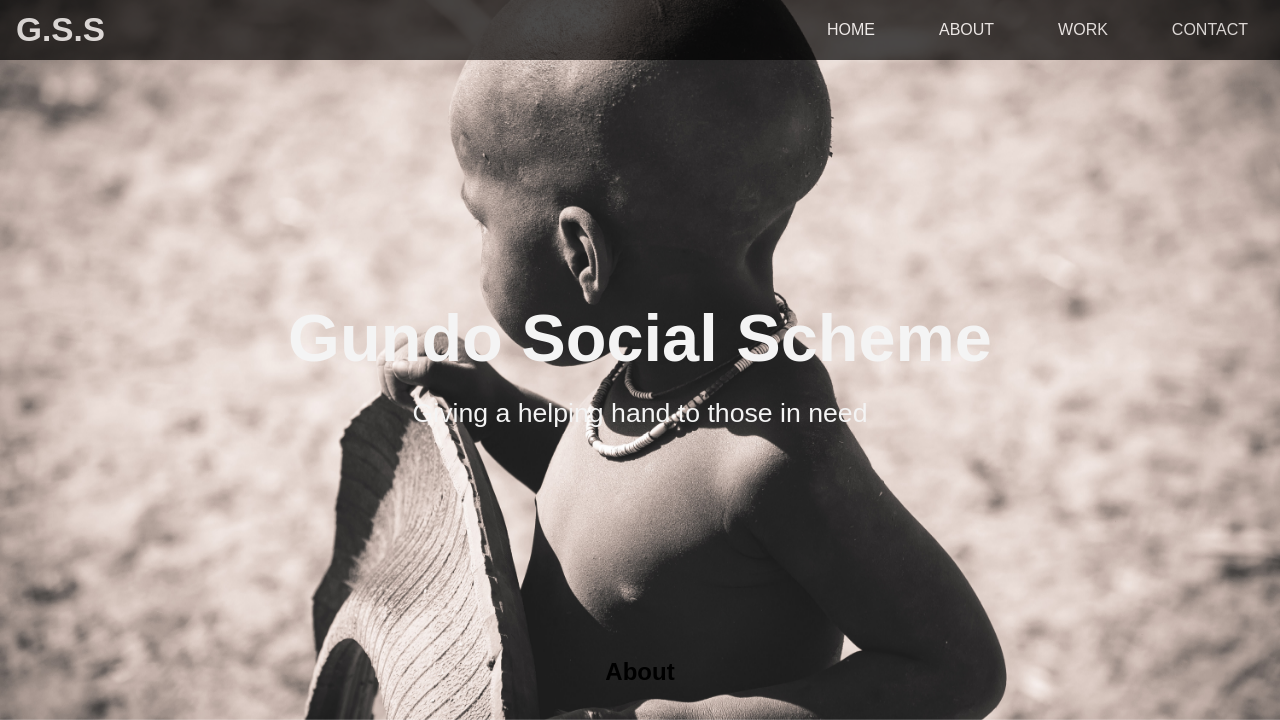
Repository: blessingNtoko/gss-basic_website
Page: index.html
These files come from the project's save history. The page is drawn as it stood at one moment and after the next save; the edit follows.
The browser window is 1280 px wide. The pictures show the whole page.
An inner scrolling area shows only its first screen.

Above is the page before, as saved 2020-05-13 18:15:18.

### index.html
<!DOCTYPE html>
<html lang="en">

<head>
    <meta charset="UTF-8">
    <meta name="viewport" content="width=device-width, initial-scale=1.0">
    <title>Gundo Social Scheme</title>
    <link rel="stylesheet" href="style.css">
</head>

<body>
    <div class="allContain">
        <nav class="navbar">
            <h1><a href="#home">G.S.S</a></h1>
            <ul>
                <li>
                    <a href="#home">Home</a>
                </li>
                <li>
                    <a href="#about">About</a>
                </li>
                <li>
                    <a href="#work">Work</a>
                </li>
                <li>
                    <a href="#contact">Contact</a>
                </li>
            </ul>
        </nav>

        <section id="home">
            <div class="contain">
                <h1>Gundo Social Scheme</h1>
                <p>Giving a helping hand to those in need</p>
            </div>

        </section>

        <section id="about">
            <div class="container">
                <h1>About</h1>
                <div class="row">
                    <div class="col">
                        <img src="assets/images/temp1.jpg" alt="About image">
                    </div>
                    <div class="col">
                        <p>
                            Lorem ipsum dolor sit amet consectetur adipisicing elit. Dolore quia, nisi provident aperiam excepturi quas officiis, quam ipsa molestiae nostrum magni. Sed at maiores placeat rerum deserunt ea perspiciatis modi omnis inventore maxime sunt ratione quos
                            nihil quidem nam suscipit sint, mollitia et odit. Repellat tempore nemo mollitia, quasi dolorum optio vel voluptates hic sunt. Soluta ea voluptatibus provident quasi, consectetur incidunt quas quia. Tenetur tempora iure adipisci
                            voluptatum velit quia voluptatibus, soluta iste fugit sequi, repellendus placeat nostrum minus modi ipsum, corporis exercitationem doloribus voluptatem distinctio cumque mollitia debitis consequatur sit. Reprehenderit animi
                            natus, facilis voluptas fugiat excepturi illum.
                        </p>
                    </div>
                </div>
                <div class="row">
                    <div class="col">
                        <p>
                            Lorem ipsum dolor sit amet consectetur adipisicing elit. Consequatur eveniet, dignissimos est fugit harum provident nobis corrupti architecto ipsam culpa quibusdam quidem reprehenderit. Neque eum reprehenderit ut illo sed mollitia odit cupiditate vel
                            perspiciatis, provident ab non, earum error tenetur quia, at minus nemo adipisci quo? Velit atque aspernatur saepe quia quibusdam a ad laboriosam sit temporibus, sint neque rerum nemo nam assumenda ea omnis harum molestiae,
                            itaque rem? Animi incidunt assumenda aspernatur impedit corrupti saepe possimus aperiam neque dolor minus! Corporis odit nostrum sequi beatae enim voluptas, vitae reiciendis nulla fuga quod, tempore, non explicabo rerum praesentium
                            eligendi rem.
                        </p>
                    </div>
                    <div class="col">
                        <img src="assets/images/temp2.jpg" alt="About image">
                    </div>
                </div>
            </div>
        </section>

        <div class="fixedScroll fixedScroll1">
            <div class="fixedText">
                <span class="border trans">
                    Image Two text
                </span>
            </div>
        </div>

        <section id="work">
            <div class="container">
                <h1>Work</h1>
                <div class="row">
                    <div class="col">
                        <img src="assets/images/workImages/work1.jpeg" alt="">
                    </div>
                    <div class="col">
                        <img src="assets/images/workImages/work2.jpeg" alt="">

                    </div>
                    <div class="col">
                        <img src="assets/images/workImages/work3.jpeg" alt="">

                    </div>

                    <div class="col">
                        <img src="assets/images/workImages/work4.jpeg" alt="">

                    </div>
                    <div class="col">
                        <img src="assets/images/workImages/work5.jpeg" alt="">

                    </div>
                    <div class="col">
                        <img src="assets/images/workImages/work6.jpeg" alt="">

                    </div>
                    <div class="col">
                        <img src="assets/images/workImages/work7.jpeg" alt="">

                    </div>
                    <div class="col">
                        <img src="assets/images/workImages/work8.jpeg" alt="">

                    </div>
                    <div class="col">
                        <img src="assets/images/workImages/work9.jpeg" alt="">

                    </div>
                    <div class="col">
                        <img src="assets/images/workImages/work10.jpeg" alt="">

                    </div>
                </div>
            </div>
        </section>

        <div class="fixedScroll fixedScroll2">
            <div class="fixedText">
                <span class="border trans">
                    Image Two text
                </span>
            </div>
        </div>

        <section id="contact">
            <div class="container">
                <h1>Contact</h1>
                <div class="row">
                    <div class="col">
                        <img src="" alt="">
                    </div>
                    <div class="col">

                    </div>
                    <div class="col">

                    </div>
                </div>
            </div>
            <footer>

            </footer>
        </section>
    </div>

</body>

</html>

### style.css
* {
    margin: 0;
    padding: 0;
}

body {
    font-family: Arial, Helvetica, sans-serif;
    line-height: 1.6;
    height: 100vh;
    overflow: hidden;
}

.allContain {
    width: 100%;
    height: 100%;
    /* CSS smooth scroll properties */
    overflow-y: scroll;
    scroll-behavior: smooth;
    scroll-snap-type: y mandatory;
}

.navbar {
    position: fixed;
    top: 0;
    z-index: 1;
    display: flex;
    flex-direction: row;
    align-items: center;
    width: 100%;
    height: 60px;
    background: black;
    opacity: .7;
}

.navbar h1 {
    color: white;
    font-size: 25pt;
    margin-left: 1rem;
}

.navbar h1 a {
    text-decoration: none;
    text-transform: uppercase;
    color: #f4f4f4;
}

.navbar h1 a:hover {
    color: rgb(63, 63, 196);
}

.navbar ul {
    display: flex;
    list-style: none;
    width: 100%;
    /* text-align: right; */
    justify-content: flex-end;
}

.navbar ul li {
    margin: 0 1rem;
    padding: 1rem;
}

.navbar ul li a {
    text-decoration: none;
    text-transform: uppercase;
    color: #f4f4f4;
}

.navbar ul li a:hover {
    color: rgb(63, 63, 196);
}

section {
    display: flex;
    flex-direction: column;
    align-items: center;
    justify-content: center;
    text-align: center;
    width: 100%;
    height: 100vh;
    scroll-snap-align: center;
}

#home {
    background-image: url(assets/images/tempy4.jpg);
    background-position: center;
    background-repeat: no-repeat;
    background-size: cover;
    background-attachment: fixed;
    color: #f4f4f4;
}

#home h1 {
    font-size: 50pt;
}

#home p {
    font-size: 20pt;
}

#about {
    margin-top: 3rem;
}

#about img {
    text-align: center;
    width: 35rem;
    height: 25rem;
}

.fixedScroll {
    position: relative;
    opacity: 0.7;
    background-position: center;
    background-size: cover;
    background-repeat: no-repeat;
    background-attachment: fixed;
}

.fixedScroll1 {
    background-image: url(assets/images/tempy5.jpg);
    min-height: 400px;
}

.fixedScroll2 {
    background-image: url(assets/images/tempy6.jpg);
    min-height: 400px;
}

#about .row {
    display: flex;
    flex-direction: row;
    justify-content: center;
    margin-top: 3rem;
}

#work .row {
    display: flex;
    flex-direction: row;
    flex-wrap: wrap;
    justify-content: space-evenly;
    align-items: center;
}

#work .row img {
    width: 20rem;
    height: 25rem;
    line-height: 1rem;
}

After the next save:
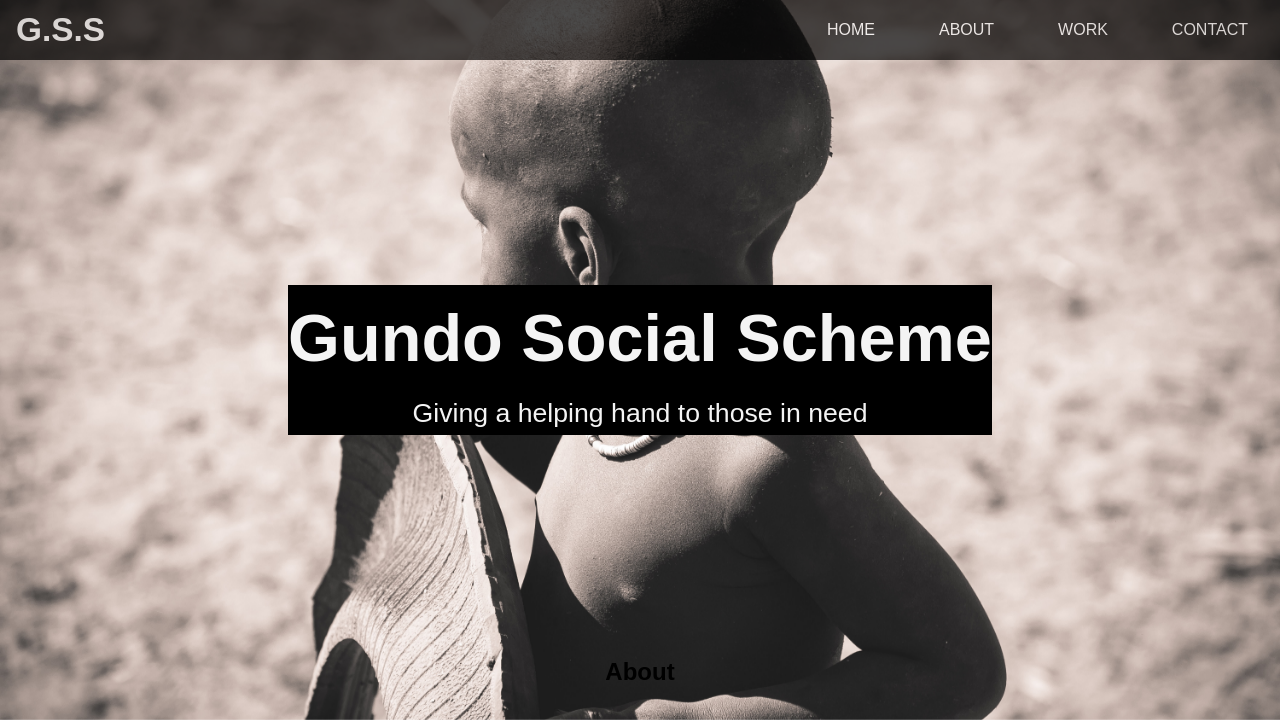
Saved 44 s later.
--- a/style.css
+++ b/style.css
@@ -91,6 +91,10 @@ section {
     color: #f4f4f4;
 }
 
+#home .contain {
+    background-color: black;
+}
+
 #home h1 {
     font-size: 50pt;
 }
